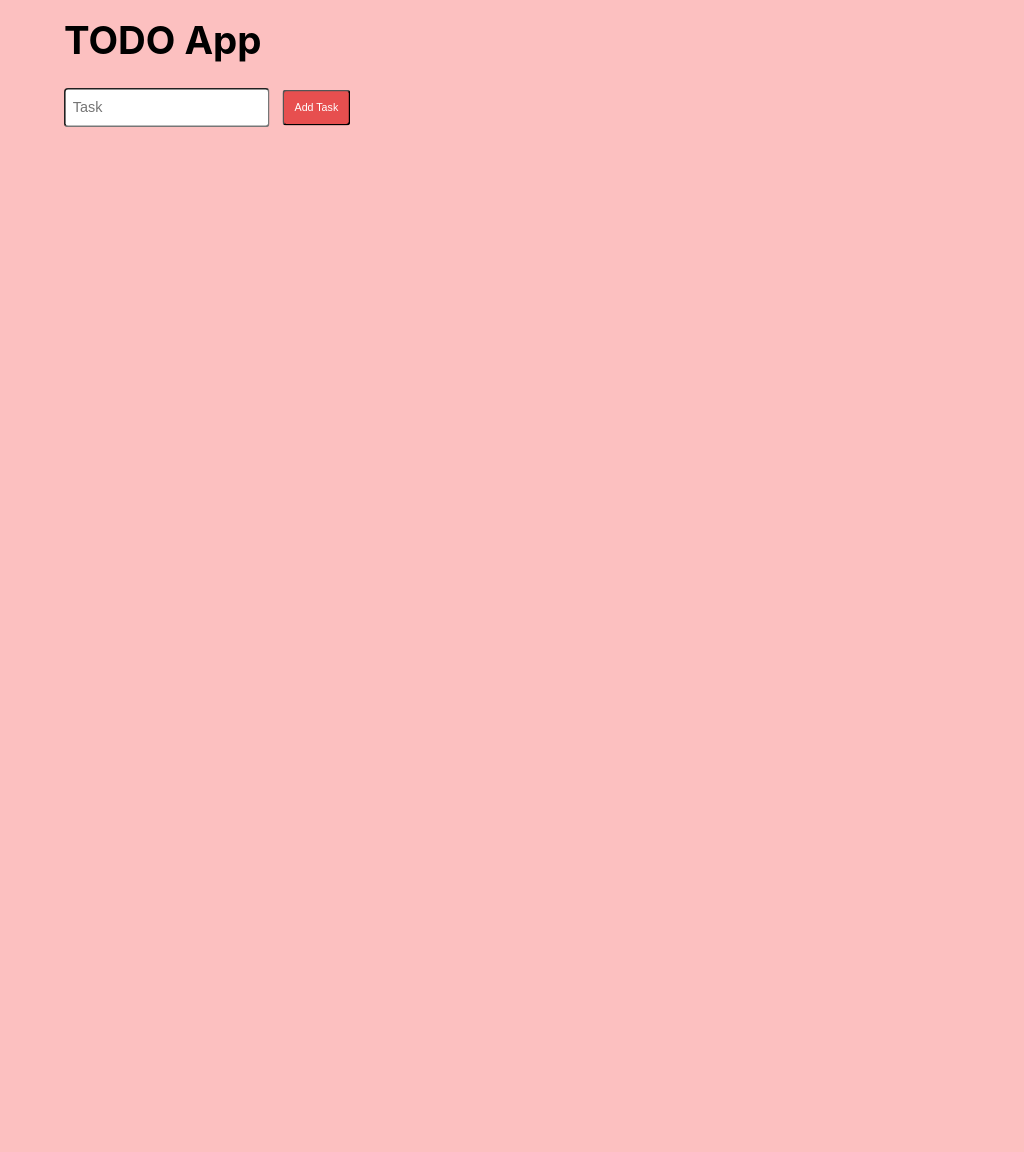
Repository: BhanuKaukuntla/TodoApp
Page: /
These files come from the project's save history. The page is drawn as it stood at one moment and after the next save; the edit follows.
The browser window is 1280 px wide. The pictures show the whole page, at 80% of full size.
The project was rebuilt for these pictures with package versions that can differ from the ones it lists, and the page was loaded fresh each time. Also part of the build but not shown: src/components/TodoItem/TodoItem.js.

Above is the page before, as saved 2021-12-04 10:05:00.

After the next save:
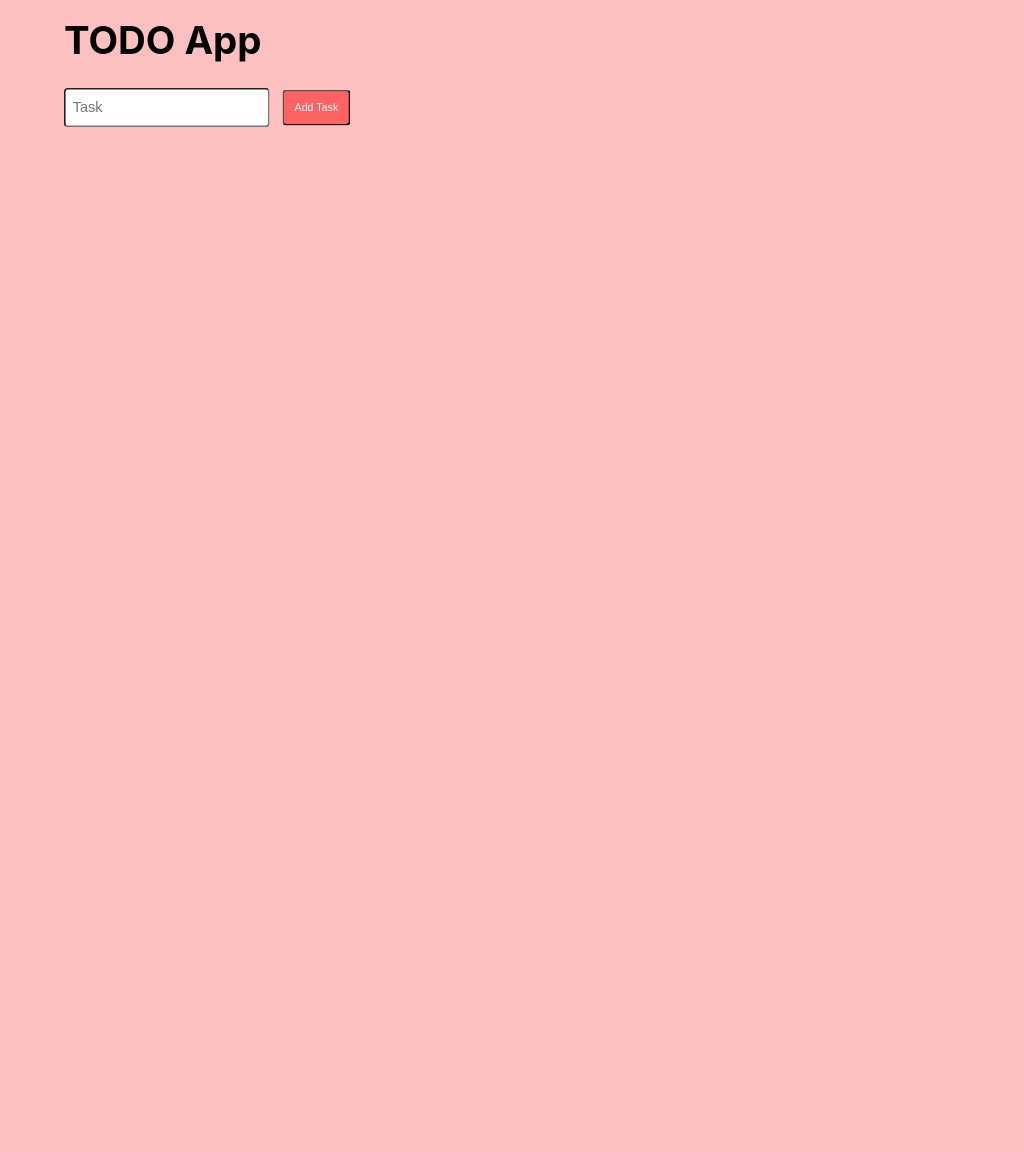
Saved 20 s later.
--- a/src/index.css
+++ b/src/index.css
@@ -66,7 +66,7 @@ body {
   border-radius: 5px;
   color: white;
   /* background-color: #df6a6a; */
-  background-color: #e74f4f;
+  background-color: #ff6262;
   position: relative;
   bottom: 1.5px;
 }
